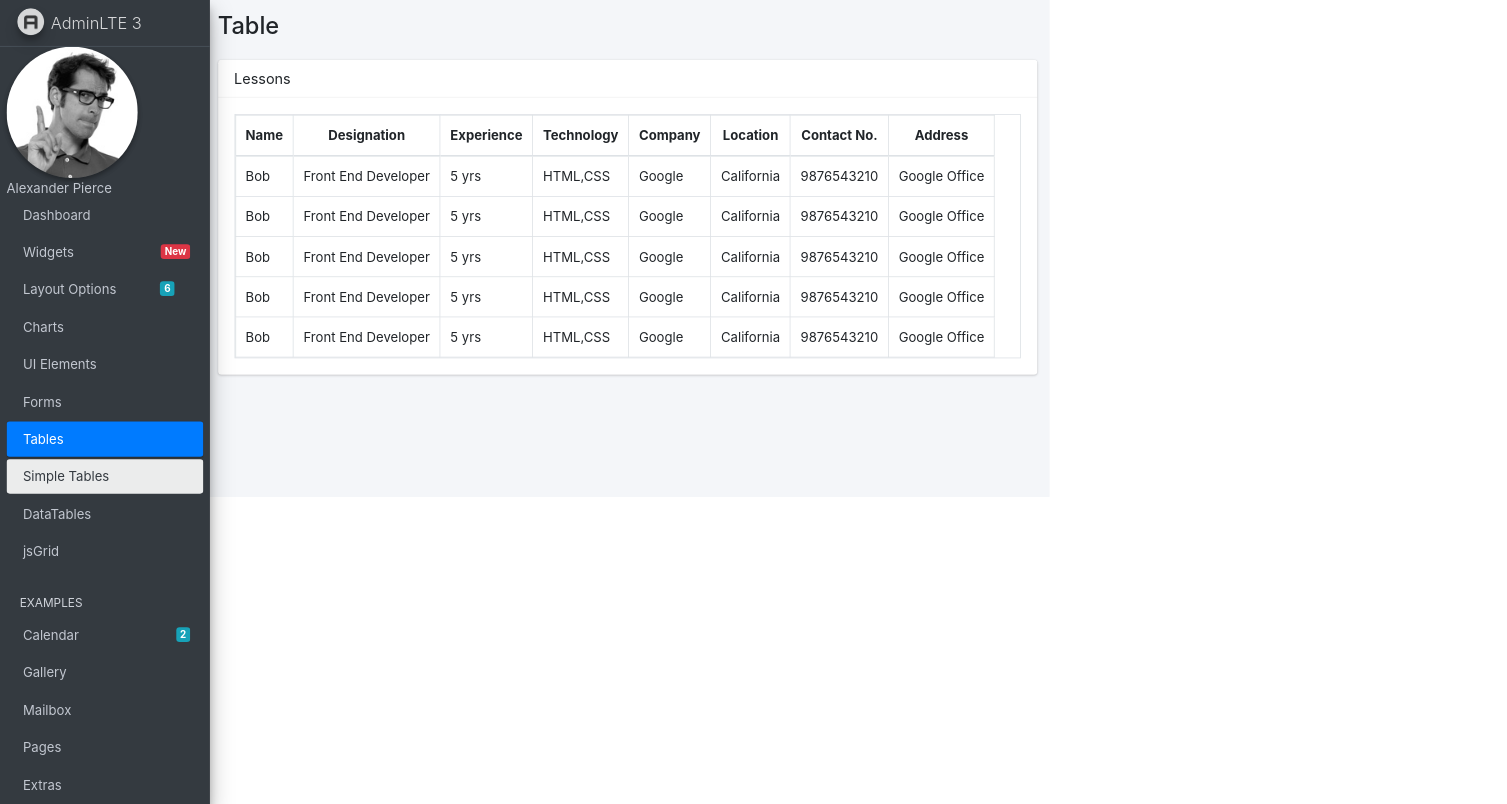
Repository: huyennvo/table
Page: http://localhost/table/students
These files come from the project's save history. The page is drawn as it stood at one moment and after the next save; the edit follows.
The browser window is 1280 px wide. The page is 1280 px wide, then 1838 px, so the pictures cover 1838 px, including what lies to the right of the window. The pictures show the whole page, at 82% of full size.
Some web fonts or font styles are not loaded; a fallback is used. The page is served by the project's Laravel application, run on PHP 8.4 with Laravel 8.

Above is the page before, as saved 2022-08-11 20:34:32.

After the next save:
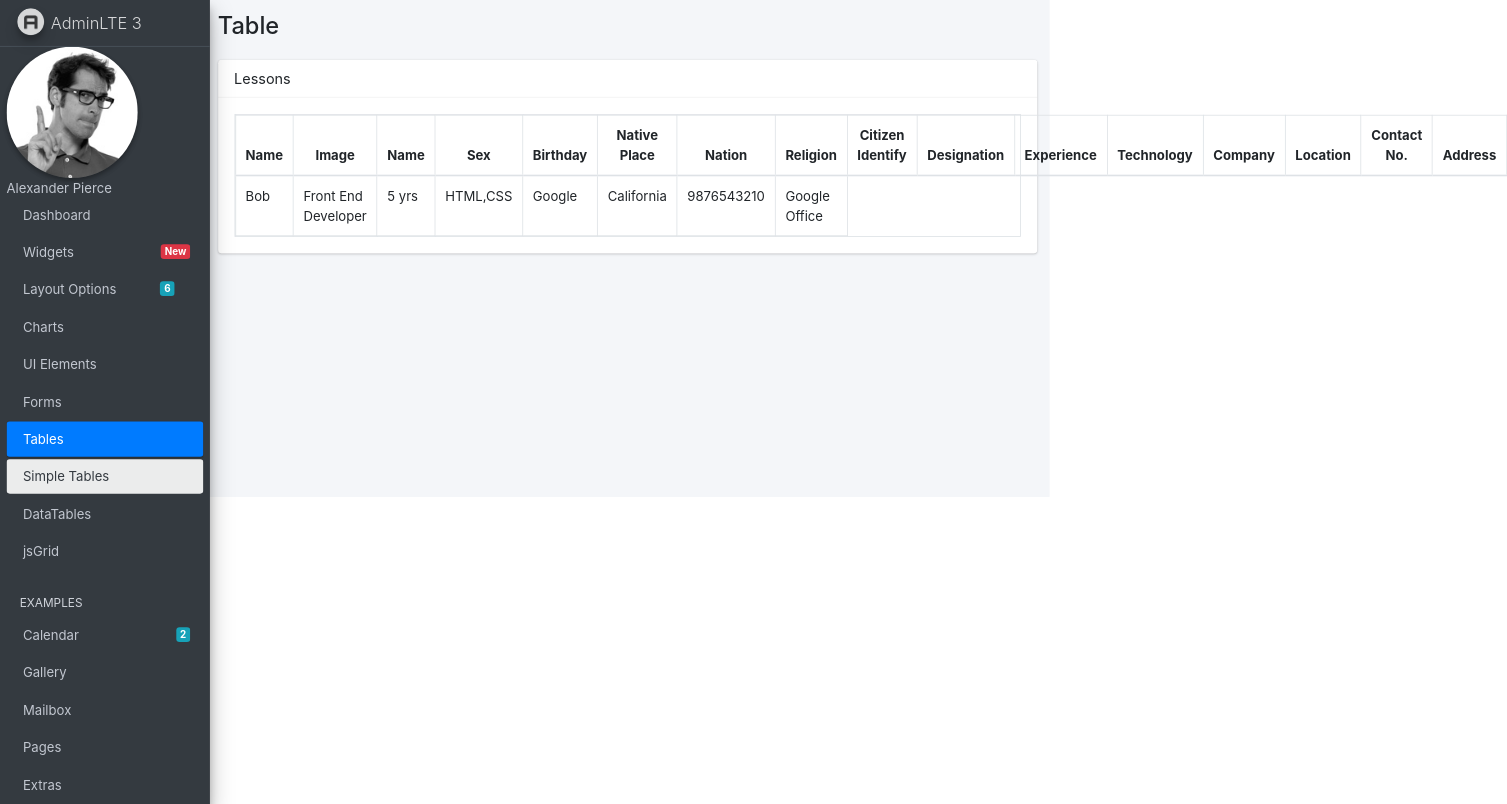
Saved 2 min 11 s later.
--- a/resources/views/students.blade.php
+++ b/resources/views/students.blade.php
@@ -19,6 +19,14 @@
         <thead>
             <tr>
                 <th class="fix-col">Name</th>
+                <th>Image</th>
+                <th>Name</th>
+                <th>Sex</th>
+                <th>Birthday</th>
+                <th>Native Place</th>
+                <th>Nation</th>
+                <th>Religion</th>
+                <th>Citizen Identify</th>
                 <th>Designation</th>
                 <th>Experience</th>
                 <th>Technology</th>
@@ -40,46 +48,7 @@
                 <td>9876543210</td>
                 <td>Google Office</td>
             </tr>
-            <tr>
-                <td class="fix-col">Bob</td>
-                <td>Front End Developer</td>
-                <td>5 yrs</td>
-                <td>HTML,CSS</td>
-                <td>Google</td>
-                <td>California</td>
-                <td>9876543210</td>
-                <td>Google Office</td>
-            </tr>
-            <tr>
-                <td class="fix-col">Bob</td>
-                <td>Front End Developer</td>
-                <td>5 yrs</td>
-                <td>HTML,CSS</td>
-                <td>Google</td>
-                <td>California</td>
-                <td>9876543210</td>
-                <td>Google Office</td>
-            </tr>
-            <tr>
-                <td class="fix-col">Bob</td>
-                <td>Front End Developer</td>
-                <td>5 yrs</td>
-                <td>HTML,CSS</td>
-                <td>Google</td>
-                <td>California</td>
-                <td>9876543210</td>
-                <td>Google Office</td>
-            </tr>
-            <tr>
-                <td class="fix-col">Bob</td>
-                <td>Front End Developer</td>
-                <td>5 yrs</td>
-                <td>HTML,CSS</td>
-                <td>Google</td>
-                <td>California</td>
-                <td>9876543210</td>
-                <td>Google Office</td>
-            </tr>
+
         </tbody>
     </table>
 </div>
